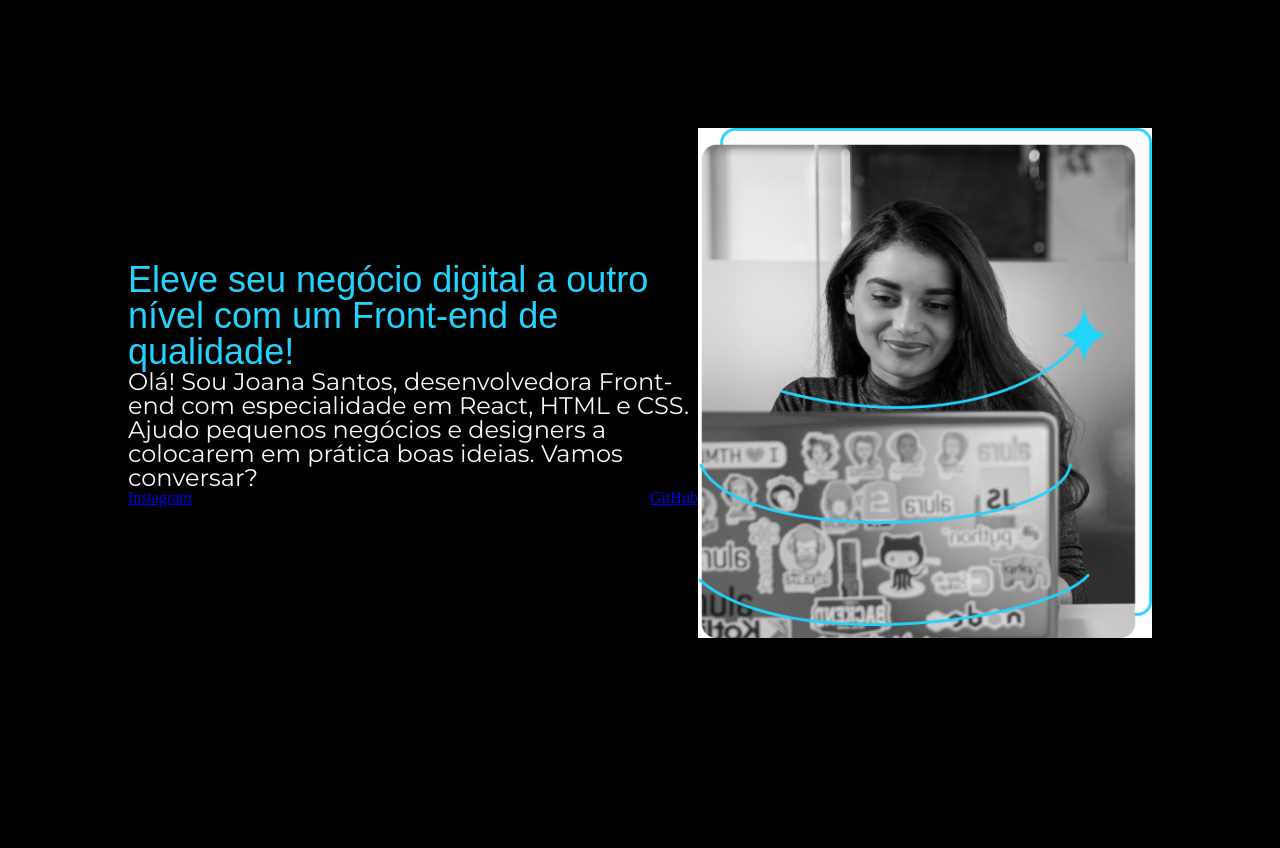
Repository: joaoPraiaJunior/html-basico
Page: index.html
These files come from the project's save history. The page is drawn as it stood at one moment and after the next save; the edit follows.
The browser window is 1280 px wide. The pictures show the whole page.
Some web fonts or font styles are not loaded; a fallback is used.

Above is the page before, as saved 2024-06-01 18:33:08.

After the next save:
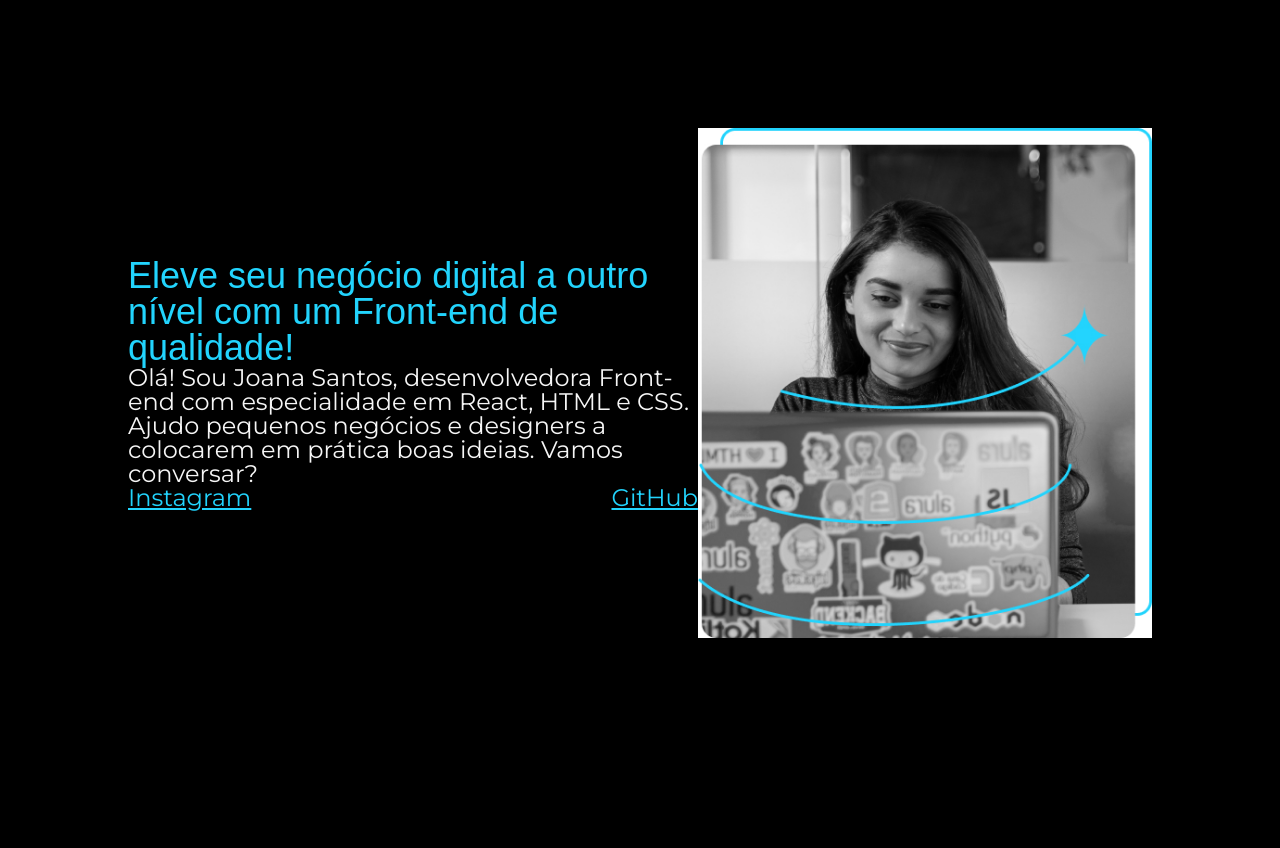
Saved 23 s later.
--- a/css/style.css
+++ b/css/style.css
@@ -38,6 +38,13 @@
   justify-content: space-between;
 }
 
+.apresentacao__link {
+  color: #22d4fd;
+  font-family: 'Montserrat', sans-serif;
+  font-size: 2.4rem;
+
+}
+
 img {
   max-width: 100%;
 }
